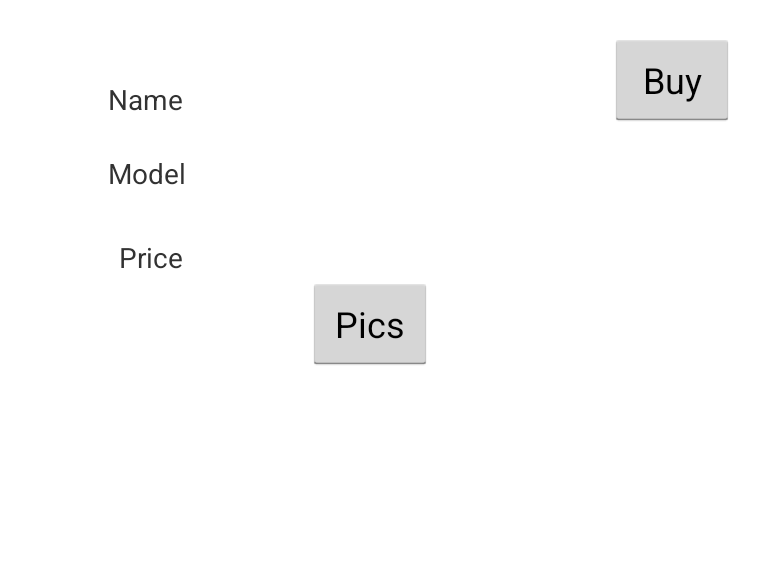
Repository: mouryaravi/hackathon-2013
Layout: AdMon/res/layout/activity_details.xml
These files come from the project's save history. The layout is drawn as it stood at one moment and after the next save; the edit follows.
The pictures show rows 0 to 568 of an output 1280 px tall.
Pictures or frames that could not be fetched are drawn as grey boxes. It is drawn on a 768 x 1280 px phone screen (xhdpi) without system bars, with theme AppTheme; the app's code is not run.

Above is the layout before, as saved 2013-10-26 11:10:06.

### AdMon/res/layout/activity_details.xml
<RelativeLayout xmlns:android="http://schemas.android.com/apk/res/android"
    xmlns:tools="http://schemas.android.com/tools"
    android:layout_width="match_parent"
    android:layout_height="match_parent"
    android:paddingBottom="@dimen/activity_vertical_margin"
    android:paddingLeft="@dimen/activity_horizontal_margin"
    android:paddingRight="@dimen/activity_horizontal_margin"
    android:paddingTop="@dimen/activity_vertical_margin"
    tools:context=".DetailsActivity" >

    <TextView
        android:id="@+id/details_text_name"
        android:layout_width="wrap_content"
        android:layout_height="wrap_content"
        android:layout_alignParentLeft="true"
        android:layout_alignParentTop="true"
        android:layout_marginLeft="38dp"
        android:layout_marginTop="24dp"
        android:text="@string/details_text_name" />

    <TextView
        android:id="@+id/details_text_model"
        android:layout_width="wrap_content"
        android:layout_height="wrap_content"
        android:layout_alignLeft="@+id/details_text_name"
        android:layout_below="@+id/details_text_name"
        android:layout_marginTop="18dp"
        android:text="@string/details_text_model" />

    <TextView
        android:id="@+id/details_text_price"
        android:layout_width="wrap_content"
        android:layout_height="wrap_content"
        android:layout_alignRight="@+id/details_text_name"
        android:layout_below="@+id/details_text_model"
        android:layout_marginTop="23dp"
        android:text="@string/details_text_price1" />

    <VideoView
        android:id="@+id/videoView1"
        android:layout_width="wrap_content"
        android:layout_height="wrap_content"
        android:layout_alignLeft="@+id/details_text_model"
        android:layout_below="@+id/details_text_price"
        android:layout_marginTop="146dp" />

    <Button
        android:id="@+id/details_button_buy"
        android:layout_width="wrap_content"
        android:layout_height="wrap_content"
        android:layout_alignParentTop="true"
        android:layout_alignRight="@+id/videoView1"
        android:text="@string/details_button_buy" />

    <Button
        android:id="@+id/details_button_follow"
        android:layout_width="wrap_content"
        android:layout_height="wrap_content"
        android:layout_centerHorizontal="true"
        android:layout_centerVertical="true"
        android:text="@string/details_button_follow" />

    <Button
        android:id="@+id/details_button_pics"
        android:layout_width="wrap_content"
        android:layout_height="wrap_content"
        android:layout_alignLeft="@+id/details_button_follow"
        android:layout_below="@+id/details_text_price"
        android:text="@string/details_button_pic" />

</RelativeLayout>

### AdMon/res/values/strings.xml
<?xml version="1.0" encoding="utf-8"?>
<resources>

    <string name="app_name">admon</string>
    <string name="action_settings">Settings</string>
    <string name="hello_world">Hello world!</string>
    <string name="main_text_enterid">Enter ID Code</string>
    <string name="main_button_submit">Submit</string>
    <string name="title_activity_details">DetailsActivity</string>
    <string name="details_text_name">Name</string>
    <string name="details_text_price">Rs. 0</string>
    <string name="details_text_model">Model</string>
    <string name="details_text_price1">Price</string>
    <string name="details_button_buy">Buy</string>
    <string name="details_button_follow">Follow</string>
    <string name="details_button_pic">Pics</string>

</resources>

Loaded but not shown: AdMon/res/values/styles.xml (common file); AdMon/res/values-v11/styles.xml (common file); AdMon/res/values-v14/styles.xml (common file); AdMon/res/values/dimens.xml (common file)

After the next save:
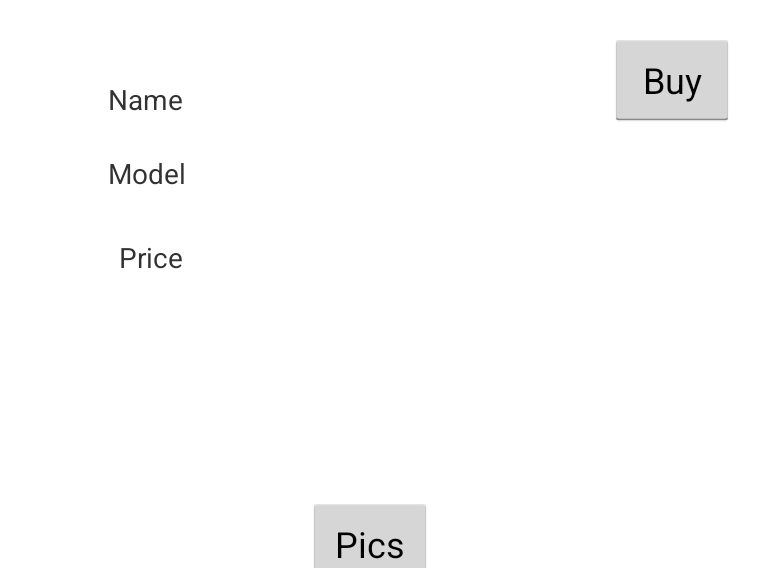
Saved 3 s later.
--- a/AdMon/res/layout/activity_details.xml
+++ b/AdMon/res/layout/activity_details.xml
@@ -64,8 +64,8 @@
         android:id="@+id/details_button_pics"
         android:layout_width="wrap_content"
         android:layout_height="wrap_content"
+        android:layout_above="@+id/details_button_follow"
         android:layout_alignLeft="@+id/details_button_follow"
-        android:layout_below="@+id/details_text_price"
         android:text="@string/details_button_pic" />
 
 </RelativeLayout>
